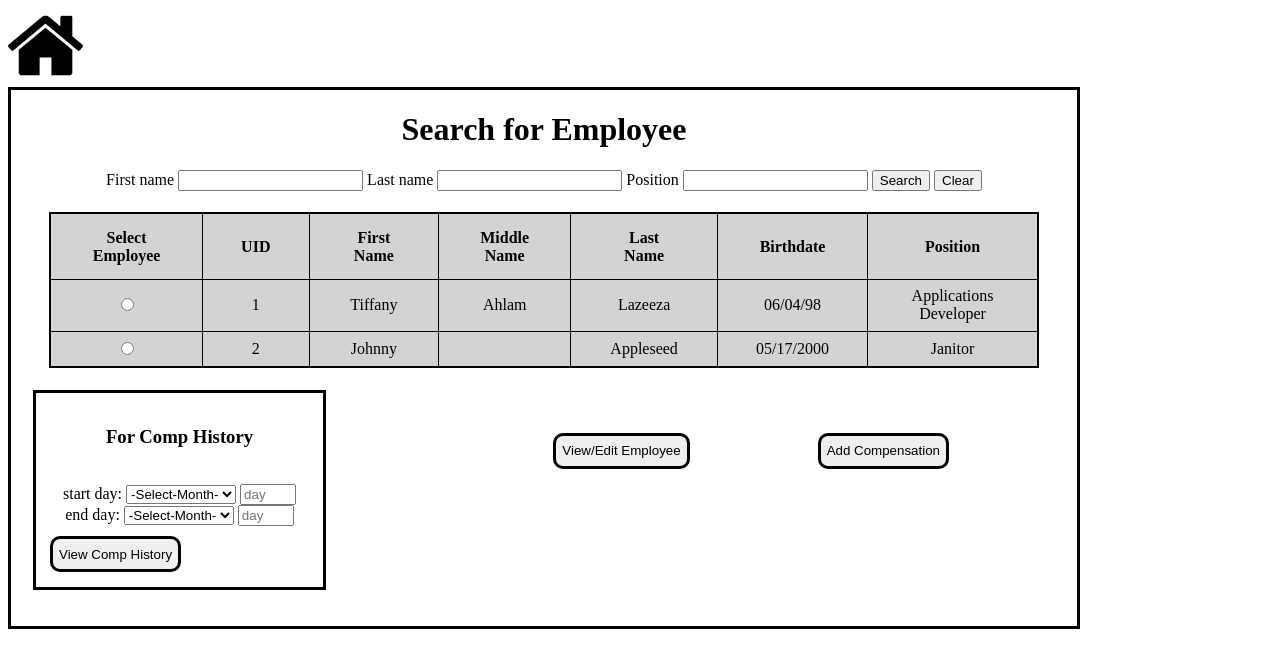
Repository: ticross18/SpringBootEmployeeSystem
Page: EmploymentSystem/src/main/resources/static/searchEmp.html
The author's editor kept a copy of each file at every save. The page is drawn from the files as they stood at one save, then again after the next save.
The browser window is 1280 px wide. The pictures show the whole page.

Above is the page before, as saved 2022-05-17 18:15:16.

### EmploymentSystem/src/main/resources/static/searchEmp.html
<!DOCTYPE html>
<html>
<head>
	<title>Search for Employee</title>
	<meta charset="UTF-8">
	<meta name="viewport" content="width=device-width, initial-scale=1.0">
	<link href="css/screens.css" rel="stylesheet" type="text/css">
</head>
<body>

<a href="/"><img src="images/homeIcon2.png" id="homeButton" alt="home button"></a>

<div id="SearchEmpBox" >
	<h1 id="title">Search for Employee</h1>

	<form>
		<label for="fname">First name </label>
		<input type="text" id="fname" name="fname">
		<label for="lname">Last name  </label>
		<input type="text" id="lname" name="lname">
		<label for="position">Position</label>
		<input type="text" id="position" name="position">
		<button type="button" name ="search">Search</button>
		<button type="clear" name ="clear">Clear</button>
	</form>

	<table border=1  rules=rows id="results" >
		<tr>
			<th>Select Employee</th>
			<th>UID</th>
			<th>First Name</th>
			<th>Middle Name</th>
			<th>Last Name</th>
			<th>Birthdate</th>
			<th>Position</th>
		</tr>
		 <tr class="entries">
			<td><input type="radio" name="edit" class="editEmp"/></td>
			<td>1</td>
			<td>Tiffany</td>
			<td>Ahlam</td>
			<td>Lazeeza</td>
			<td>06/04/98</td>
			<td>Applications Developer</td>
		</tr>
		 <tr class="entries">
			<td><input type="radio" name="edit" class="editEmp"/></td>
			<td>2</td>
			<td>Johnny</td>
			<td></td>
			<td>Appleseed</td>
			<td>05/17/2000</td>
			<td>Janitor</td>
		</tr>

	</table>

     <button type="button" class="optionButtons" onclick="location.href = '#';" style="float:right; margin-top:6vh;" id="addEmp" > Add Compensation </button>

     <button type="button" class="optionButtons" onclick="location.href = '#';" style="float:right; margin-top:6vh;" id="viewEditEmp"> View/Edit Employee </button>

	<div id="dateRange">
		<h3>For Comp History</h3><br>

		<label >start day:</label>
		    <select class='monthDropDown'>
			    <option selected value=''>-Select-Month-</option>
			    <option value='1'>January</option>
			    <option value='2'>February</option>
			    <option value='3'>March</option>
			    <option value='4'>April</option>
			    <option value='5'>May</option>
			    <option value='6'>June</option>
			    <option value='7'>July</option>
			    <option value='8'>August</option>
			    <option value='9'>September</option>
			    <option value='10'>October</option>
			    <option value='11'>November</option>
			    <option value='12'>December</option>
		    </select>
		    <input type="number"min="1" max="31" placeholder="day"/>

		    <br>

		<label>end day:</label>
		<select class='monthDropDown'>
		    <option selected value=''>-Select-Month-</option>
		    <option value='1'>January</option>
		    <option value='2'>February</option>
		    <option value='3'>March</option>
		    <option value='4'>April</option>
		    <option value='5'>May</option>
		    <option value='6'>June</option>
		    <option value='7'>July</option>
		    <option value='8'>August</option>
		    <option value='9'>September</option>
		    <option value='10'>October</option>
		    <option value='11'>November</option>
		    <option value='12'>December</option>
	    </select>
	    <input type="number"min="0" max="31" placeholder="day"/>
	     <br><button type="button" class="optionButtons" onclick="location.href = '#';" id="compHistory" > View Comp History </button>

	</div>


</div>
</body>
</html>

### EmploymentSystem/src/main/resources/static/css/screens.css
.container {
   display: flex;

}

#homeButton{
	width:75px;
	height:75px;
	position: relative;
}

.asterisk{
	color: red;
}

#addEmpBox {
	padding-left: 40vw;
	border: 3px solid rgb(0, 0, 0);
	padding-bottom: 15px;
}

#addEmpBox input {
	margin-bottom: 15px;
	padding: 2px;
}

#SearchEmpBox {
	border: 3px solid rgb(0, 0, 0);
	padding-bottom: 15px;
	margin-right: 15vw;
	text-align: center;
}

#userInput {
	display:inline-table;
}

#results {
	border: 2px solid black;
	margin: 10px;
	background-color: lightgrey;
	border-collapse: collapse;
	margin:  3vh 3vw;
}

#results th {
	padding: 2vh 3vw;
	border-left: 1px solid #000;
    border-right: 1px solid #000;
}

#results td {
	padding: 1vh 3vw ;
	border-left: 1px solid #000;
    border-right: 1px solid #000;

}

#finalEdit{
	text-align: left;
	position: left;
}

button.optionButtons {
	border-radius: 10px;
	margin-top: 10px;
	margin-right: 10vw;
	height: 5vh;
	border: 3px solid rgb(0, 0, 0);
}

button.optionButtons:active {
  box-shadow: 0 5px #666;
  transform: translateY(4px);
}

button.optionButtons:hover {
  background-color: rgb(255, 255, 128);
  cursor: pointer;
}

#dateRange {
	border: 3px solid rgb(0, 0, 0);
	width:fit-content;
	margin: 3vh;
	padding: 2vh;
}



.monthDropDown {
	width:110px;
}


tr.entries:hover {
  background-color: white;
  cursor: pointer;
}

After the next save:
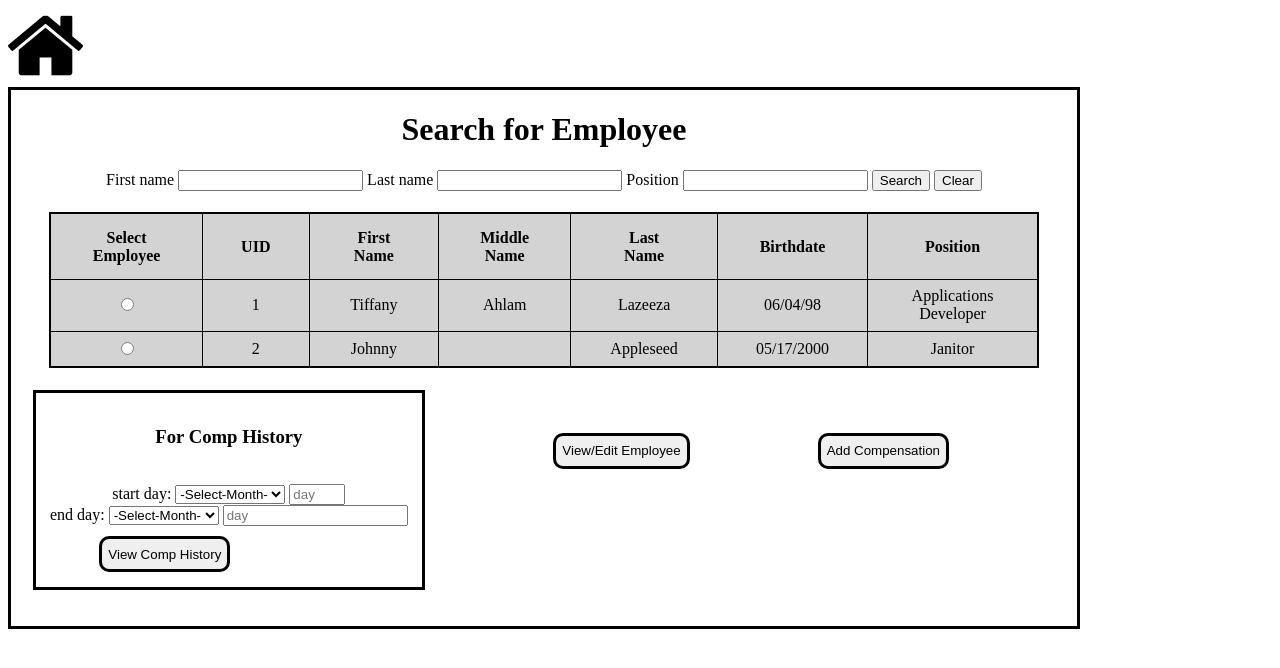
Saved 6 s later.
--- a/EmploymentSystem/src/main/resources/static/searchEmp.html
+++ b/EmploymentSystem/src/main/resources/static/searchEmp.html
@@ -98,7 +98,7 @@
 		    <option value='11'>November</option>
 		    <option value='12'>December</option>
 	    </select>
-	    <input type="number"min="0" max="31" placeholder="day"/>
+	    <input type="number"min="" max="31" placeholder="day"/>
 	     <br><button type="button" class="optionButtons" onclick="location.href = '#';" id="compHistory" > View Comp History </button>
 
 	</div>

After the save that followed:
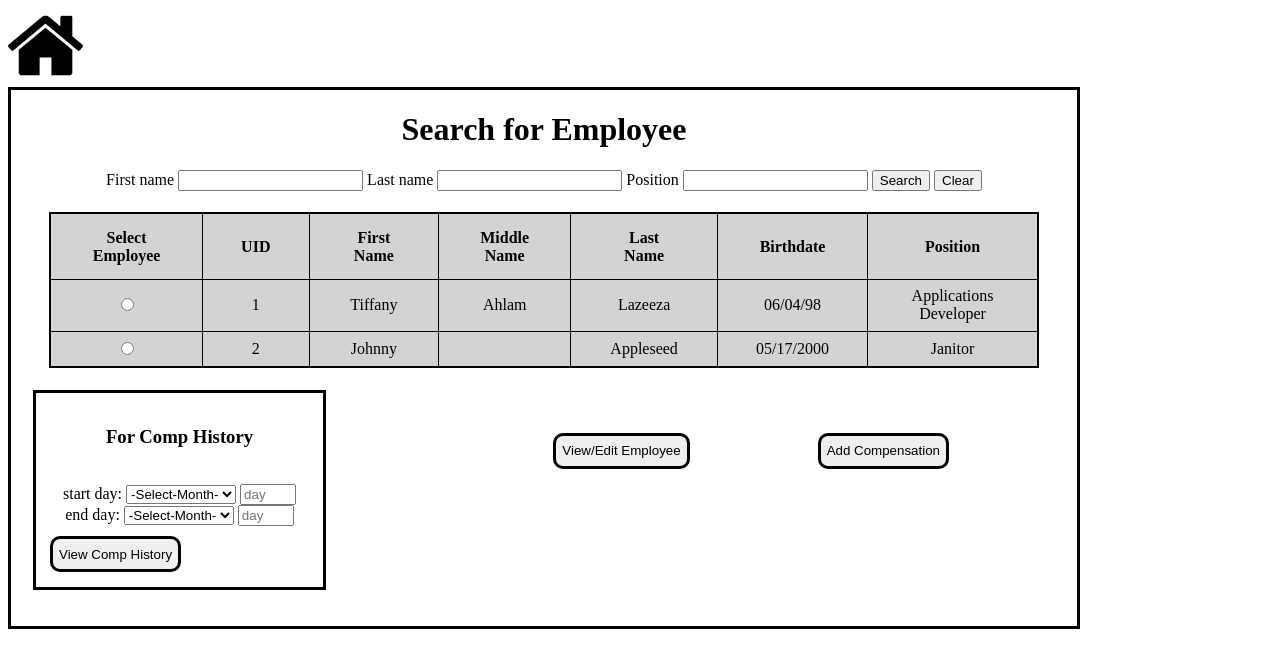
Saved 1 s later.
--- a/EmploymentSystem/src/main/resources/static/searchEmp.html
+++ b/EmploymentSystem/src/main/resources/static/searchEmp.html
@@ -98,7 +98,7 @@
 		    <option value='11'>November</option>
 		    <option value='12'>December</option>
 	    </select>
-	    <input type="number"min="" max="31" placeholder="day"/>
+	    <input type="number"min="1" max="31" placeholder="day"/>
 	     <br><button type="button" class="optionButtons" onclick="location.href = '#';" id="compHistory" > View Comp History </button>
 
 	</div>
